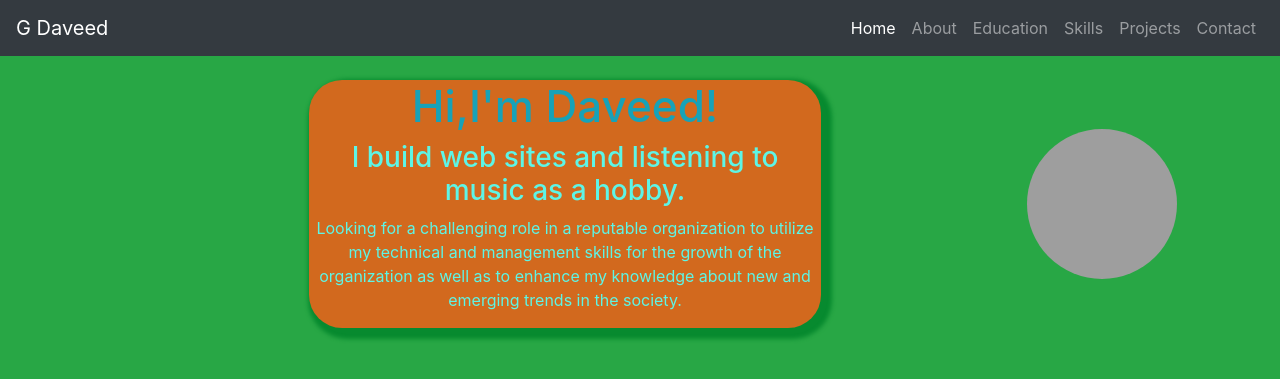
Repository: DaveedGangi/DaveedWebsite
Page: one.html
These files come from the project's save history. The page is drawn as it stood at one moment and after a run of saves; the edit follows.
The browser window is 1280 px wide. The pictures show the whole page.
Pictures or frames that could not be fetched are drawn as grey boxes.

Above is the page before, as saved 2023-10-23 12:11:12.

### one.html
<html>
    <head>
    <link rel="stylesheet" href="two.css"></link>
    <link rel="stylesheet" href="https://cdn.jsdelivr.net/npm/bootstrap@4.5.3/dist/css/bootstrap.min.css" integrity="sha384-TX8t27EcRE3e/ihU7zmQxVncDAy5uIKz4rEkgIXeMed4M0jlfIDPvg6uqKI2xXr2" crossorigin="anonymous">
    <script src="https://code.jquery.com/jquery-3.5.1.slim.min.js" integrity="sha384-DfXdz2htPH0lsSSs5nCTpuj/zy4C+OGpamoFVy38MVBnE+IbbVYUew+OrCXaRkfj" crossorigin="anonymous"></script>
    <script src="https://cdn.jsdelivr.net/npm/bootstrap@4.5.3/dist/js/bootstrap.bundle.min.js" integrity="sha384-ho+j7jyWK8fNQe+A12Hb8AhRq26LrZ/JpcUGGOn+Y7RsweNrtN/tE3MoK7ZeZDyx" crossorigin="anonymous"></script>



</head>

<body>
<div class="bgcontainer bg-success">
    <nav class="navbar navbar-expand-lg navbar-dark bg-dark">
        <a class="navbar-brand" href="#">G Daveed</a>
        <button class="navbar-toggler" type="button" data-toggle="collapse" data-target="#navbarNavAltMarkup" aria-controls="navbarNavAltMarkup" aria-expanded="false" aria-label="Toggle navigation">
          <span class="navbar-toggler-icon"></span>
        </button>
        <div class="collapse navbar-collapse" id="navbarNavAltMarkup">
          <div class="navbar-nav ml-auto">
            <a class="nav-link active" href="#">Home <span class="sr-only">(current)</span></a>

            <a class="nav-link" href="#">About</a>
            <a class="nav-link" href="#">Education</a>
            <a class="nav-link" href="#">Skills</a>
            <a class="nav-link" href="#">Projects</a>
            <a class="nav-link" href="#">Contact</a>

          </div>
        </div>
      </nav>


      <div class="mystory">
        <div>
          <img class="image1" src="https://i.ibb.co/T4YX7Jh/IMG-20221229-170952.jpg">
        </div>
        <div class="card1">
        <h1 class="hi text-info">Hi,I'm Daveed!</h1>
        <h3 class="paragraph">I build web sites and listening to music as a hobby.</h3>

        <p>Looking for a challenging role in a reputable organization to utilize my technical and management  skills for the growth of the organization as well as to enhance my knowledge about new and emerging trends in  the society. </p>

      </div>
      <div>
        <img class="image2" src="https://i.ibb.co/T4YX7Jh/IMG-20221229-170952.jpg">
      </div>

    </div>





    </div>

</body>
</html>

### two.css
.bgcontainer {
    height:100vh;
    background-size:cover;

}
.mystory{
    color:rgb(93, 245, 230);
    display: flex;
    flex-direction:column;
    justify-content: center;
    padding-top:24px;
    justify-content:space-around;
    align-items: center;

}
.image1{
    height:150px;
    width:150px;
    border-radius:100px;
    margin:12px;

}
.image2{
    height:150px;
    width:150px;
    border-radius:100px;
    display: none;

}
.card1{

    width:40vw;
    background-color: chocolate;
    border-radius: 33px;
    display: flex;
    flex-direction: column;
    text-align: center;
    align-items:center;
    box-shadow:5px 5px 4px 6px rgb(7, 138, 47);
}
.hi{
    font-size:44px;
}
@media (min-width: 768px){
    .mystory{
        display: flex;
        flex-direction: row;
    }
    .image1{
        display:none;
    }
    .image2{
        display: block;
    }

}

After the next 2 saves:
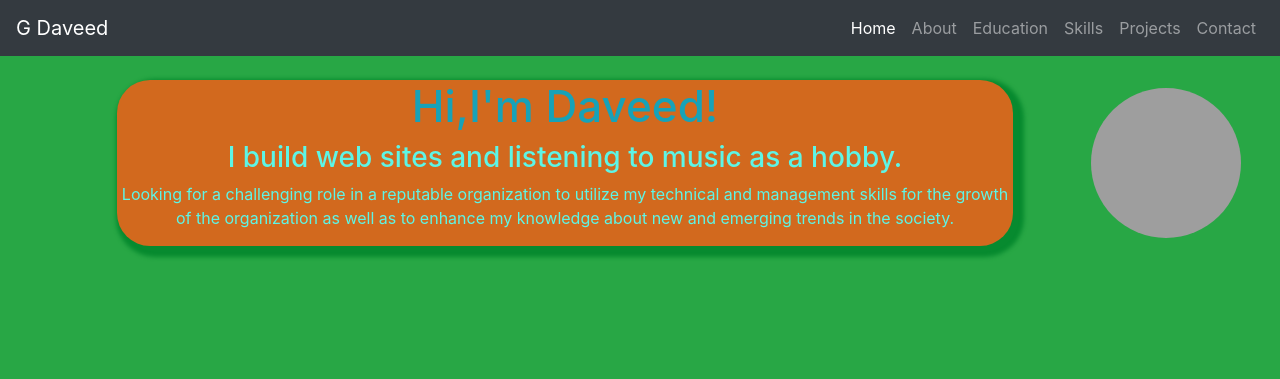
The 2 saves are shown as one change because they came seconds apart.
The last was saved 67 s later.
--- a/two.css
+++ b/two.css
@@ -29,7 +29,7 @@
 }
 .card1{
 
-    width:40vw;
+    width:70vw;
     background-color: chocolate;
     border-radius: 33px;
     display: flex;
